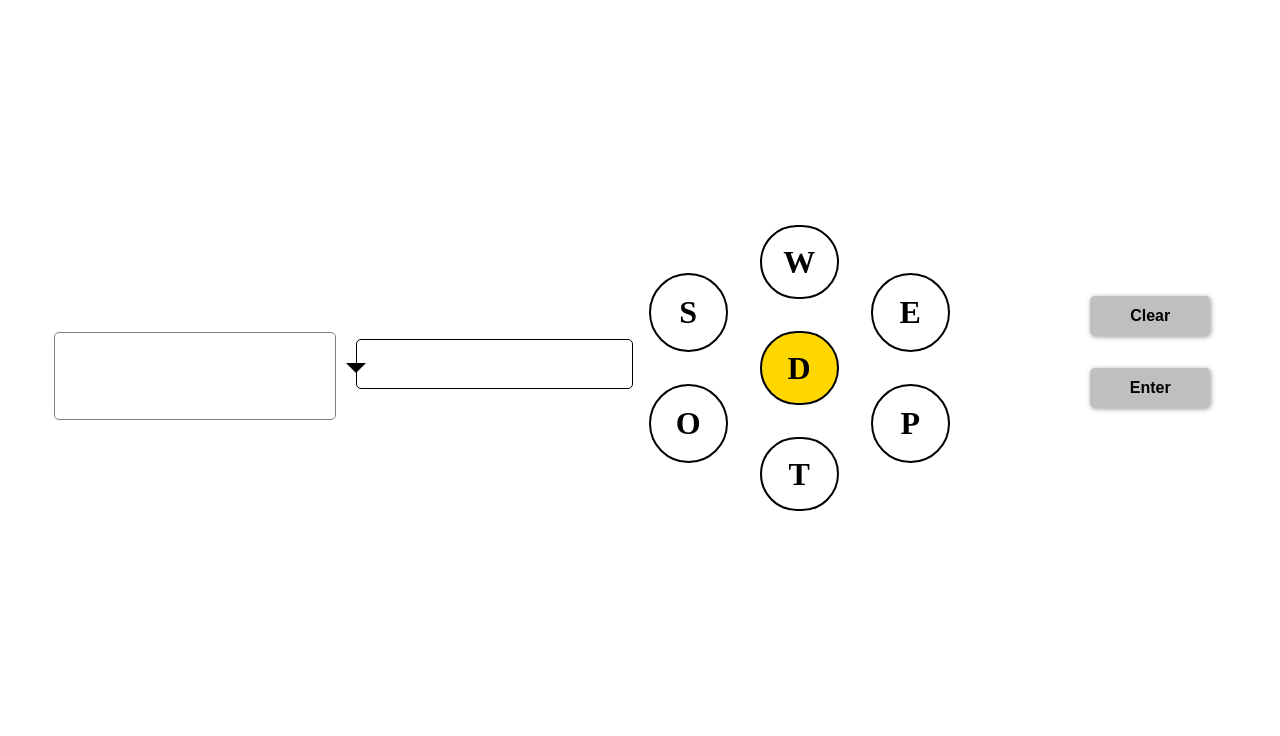
Repository: wellgordon/spelling-bee-clone
Page: /game
An editor plug-in stored every save of this project. The page is shown before and after the next save, followed by the edit.
The browser window is 1280 px wide. The pictures show the whole page.
The project was rebuilt for these pictures with package versions that can differ from the ones it lists, and the page was loaded fresh each time. Also part of the build but not shown: src/index.css, src/components/Home.tsx.

Above is the page before, as saved 2022-01-28 18:49:16.

After the next save:
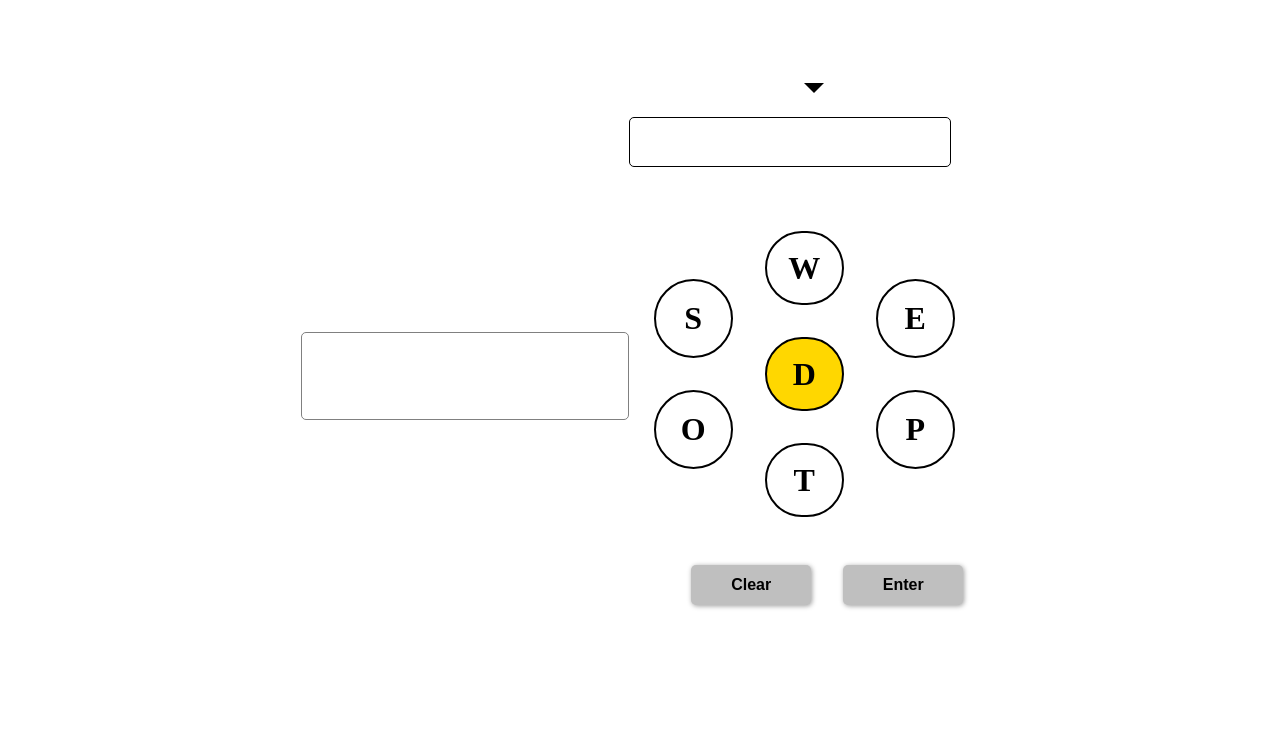
Saved 6 s later.
--- a/src/components/GameUI.tsx
+++ b/src/components/GameUI.tsx
@@ -15,6 +15,7 @@ import {
   ButtonContainer,
   Button,
   GameContainer,
+  LeftSide,
 } from './styled/Styles';
 
 type Props = {
@@ -62,29 +63,31 @@ const GameUI = ({
                   return <FoundText>{`${word}, `}</FoundText>;
                 })}
           </Accordion>
-          <span onClick={toggle}>
-            {open === true ? <TriangleUp /> : <TriangleDown />}
-          </span>
-          <InputText>{bufferText}</InputText>
-          <GameContainer>
-            <SideColumn>
-              <Circle onClick={handleClick}>S</Circle>
-              <Circle onClick={handleClick}>O</Circle>
-            </SideColumn>
-            <CenterColumn>
-              <Circle onClick={handleClick}>W</Circle>
-              <CenterCircle onClick={handleCenterClick}>D</CenterCircle>
-              <Circle onClick={handleClick}>T</Circle>
-            </CenterColumn>
-            <SideColumn>
-              <Circle onClick={handleClick}>E</Circle>
-              <Circle onClick={handleClick}>P</Circle>
-            </SideColumn>
-          </GameContainer>
-          <ButtonContainer>
-            <Button onClick={handleClear}>Clear</Button>
-            <Button onClick={handleSubmit}>Enter</Button>
-          </ButtonContainer>
+          <LeftSide>
+            <span onClick={toggle}>
+              {open === true ? <TriangleUp /> : <TriangleDown />}
+            </span>
+            <InputText>{bufferText}</InputText>
+            <GameContainer>
+              <SideColumn>
+                <Circle onClick={handleClick}>S</Circle>
+                <Circle onClick={handleClick}>O</Circle>
+              </SideColumn>
+              <CenterColumn>
+                <Circle onClick={handleClick}>W</Circle>
+                <CenterCircle onClick={handleCenterClick}>D</CenterCircle>
+                <Circle onClick={handleClick}>T</Circle>
+              </CenterColumn>
+              <SideColumn>
+                <Circle onClick={handleClick}>E</Circle>
+                <Circle onClick={handleClick}>P</Circle>
+              </SideColumn>
+            </GameContainer>
+            <ButtonContainer>
+              <Button onClick={handleClear}>Clear</Button>
+              <Button onClick={handleSubmit}>Enter</Button>
+            </ButtonContainer>
+          </LeftSide>
         </SubContainer>
       </MainContainer>
     </>
